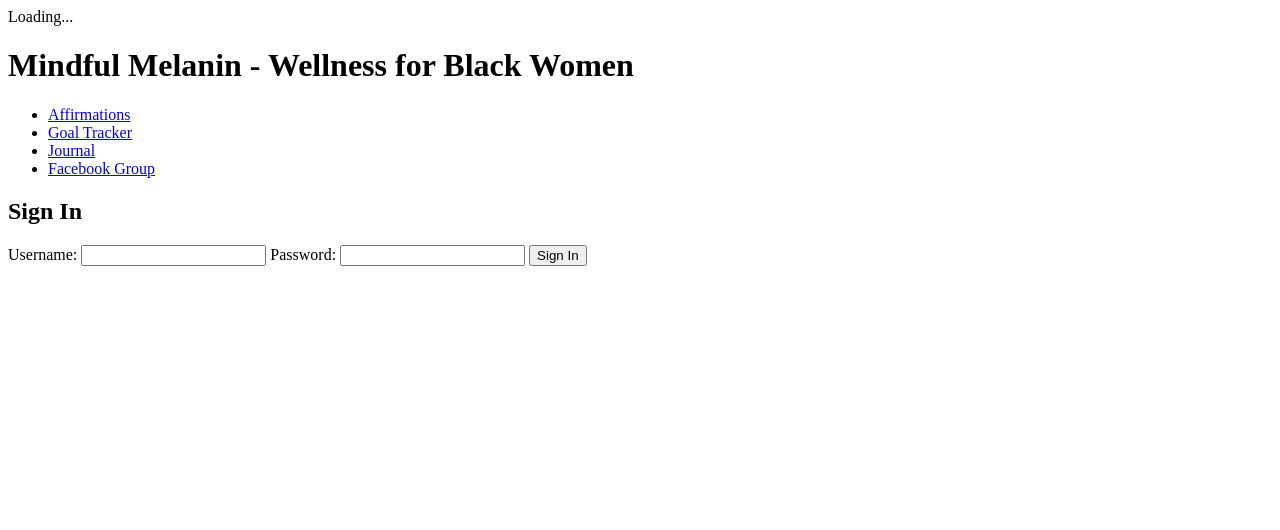
Repository: akiachenise/mindful-melanin.v1
Page: frontend/index.html
The author's editor kept a copy of each file at every save. The page is drawn from the files as they stood at one save, then again after the next save.
The browser window is 1280 px wide. The pictures show the whole page.

Above is the page before, as saved 2024-01-20 18:16:23.
Not found: frontend/styles.css

### frontend/index.html
<!DOCTYPE html>
<html lang="en">
    <head>
        <meta charset="UTF-8">
        <meta name="viewpoint" content="width=device-width, initial-scale=1.0">
        <title>Mindful Melanin - Wellness for Black Women</title>
        <link rel="stylesheet" href="styles.css" />
    </head>
<body>
    <div id=""loadingScreen" class="hidden" aria-live="polite">Loading...</div>

    <header>
        <h1>Mindful Melanin - Wellness for Black Women</h1><!-- Main Title for Screen Readers -->
        <!-- Accessible Navigation Bar -->
        <nav>
            <ul>
                <li><a href="#affirmations">Affirmations</a></li>
                <li><a href="#goalTracker">Goal Tracker</a></li>
                <li><a href="#journal">Journal</a></li>
                <li><a href="#facebookGroup">Facebook Group</a></li>
            </ul>
        </nav>
    </header>

    <main>
        <section id="signInForm" aria-labelby="signInTitle">
            <h2 id="signInTitle">Sign In</h2>
            <!-- Sign-In Form with Proper Labels for Accessibility -->
            <form>
                <label for="username">Username:</label>
                <input type="text" id="username" name="username" required>

                <label for="password">Password:</label>
                <input type="password" id="password" name="password" required>

                <button type="submit">Sign In</button>
            </form>
        </section>
    </main>
</body>
</html>

</html>

After the next save:
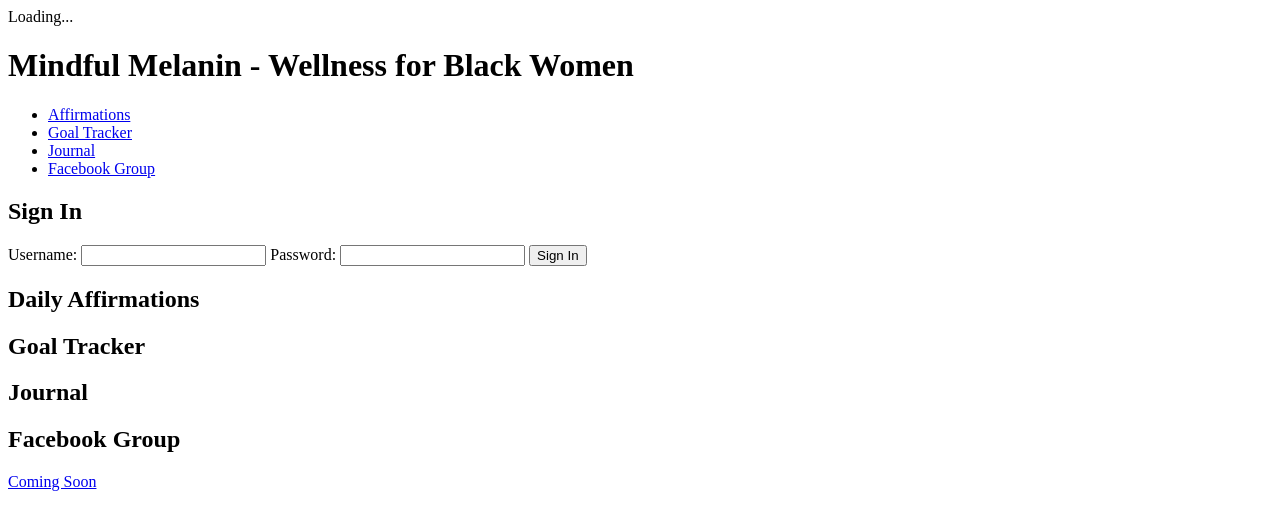
Saved 32 min 8 s later.
--- a/frontend/index.html
+++ b/frontend/index.html
@@ -23,7 +23,7 @@
     </header>
 
     <main>
-        <section id="signInForm" aria-labelby="signInTitle">
+        <section id="signInForm" aria-labelledby="signInTitle">
             <h2 id="signInTitle">Sign In</h2>
             <!-- Sign-In Form with Proper Labels for Accessibility -->
             <form>
@@ -36,7 +36,34 @@
                 <button type="submit">Sign In</button>
             </form>
         </section>
+
+        <section id="content">
+            <!-- Main App Content with Proper Headings and ARIA Roles -->
+            <article id="affirmations" aria-labelledby="affirmationsTitle">
+                <h2 id="affirmationsTitle">Daily Affirmations</h2>
+                <!-- Affirmations content -->
+            </article>
+            <article id="goalTracker" aria-labelledby="goalTrackerTitle">
+                <h2 id="goalTrackerTitle">Goal Tracker</h2>
+                <!-- Goal tracker content -->
+            </article>
+            <article id="journal" aria-labelledby="journalTitle">
+                <h2 id="journalTitle">Journal</h2>
+                <!-- Journal content -->
+            </article>
+            <article id="facebookGroup" aria-labelledby="facebookGroupTitle">
+                <h2 id="facebookGroupTitle">Facebook Group</h2>
+                <!-- Facebook Group Link -->
+                <a href="#" aria-label="Link to Facebook group coming soon">Coming Soon</a>
+            </article>
+        </section>
     </main>
+
+    <footer>
+        <!-- Footer Content with accessible links and information -->
+    </footer>
+
+    <script src="js/script.js"></script>
 </body>
 </html>
 
